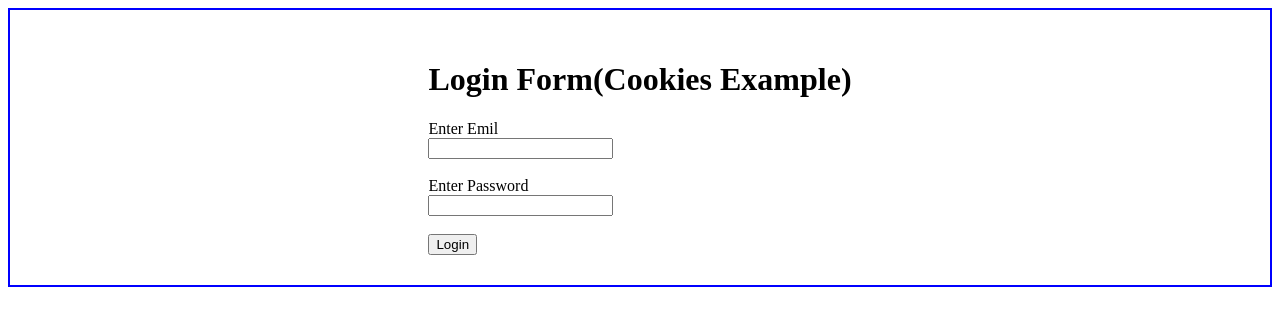
Repository: gaurav-codes123/Advance_Java
Page: 06-Cookies-Login-App/src/main/webapp/index.html
The author's editor kept a copy of each file at every save. The page is drawn from the files as they stood at one save, then again after the next save.
The browser window is 1280 px wide. The pictures show the whole page.

Above is the page before, as saved 2025-01-31 06:54:38.

### 06-Cookies-Login-App/src/main/webapp/index.html
<!DOCTYPE html>
<html>
<head>
<meta charset="ISO-8859-1">
<title>Insert title here</title>
<style type="text/css">
.div-form {
	display: flex;
	align-items: center;
	justify-content: center;
	border: 2px solid blue;
	align-items: center;
	padding: 30px;
}
</style>
</head>
<body>
	<div class="div-form">
		<form action="servlet1" method="post">
			<h1>Login Form(Cookies Example)</h1>
			<label>Enter Emil</label><br>
			<input type="text" name="nm"><br> <br>
			<label>Enter Password</label><br> <input type="text" name="ps"><br>
			<br>
			<button type="submit">Login</button>

		</form>

	</div>
</body>
</html>

After the next save:
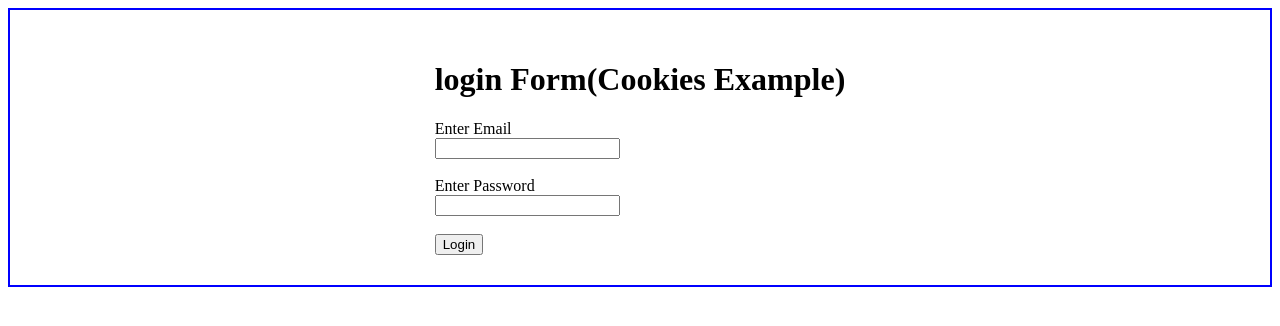
Saved 7 s later.
--- a/06-Cookies-Login-App/src/main/webapp/index.html
+++ b/06-Cookies-Login-App/src/main/webapp/index.html
@@ -17,8 +17,8 @@
 <body>
 	<div class="div-form">
 		<form action="servlet1" method="post">
-			<h1>Login Form(Cookies Example)</h1>
-			<label>Enter Emil</label><br>
+			<h1>login Form(Cookies Example)</h1>
+			<label>Enter Email</label><br>
 			<input type="text" name="nm"><br> <br>
 			<label>Enter Password</label><br> <input type="text" name="ps"><br>
 			<br>

After the save that followed:
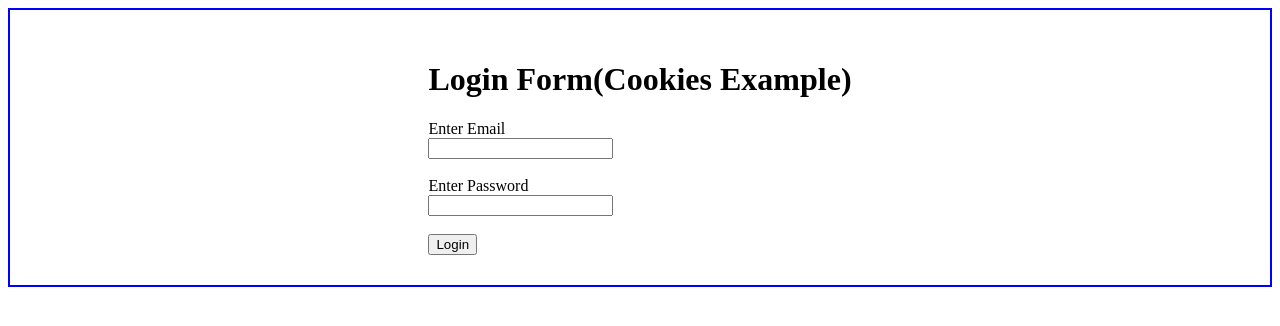
Saved 17 s later.
--- a/06-Cookies-Login-App/src/main/webapp/index.html
+++ b/06-Cookies-Login-App/src/main/webapp/index.html
@@ -17,7 +17,7 @@
 <body>
 	<div class="div-form">
 		<form action="servlet1" method="post">
-			<h1>login Form(Cookies Example)</h1>
+			<h1>Login Form(Cookies Example)</h1>
 			<label>Enter Email</label><br>
 			<input type="text" name="nm"><br> <br>
 			<label>Enter Password</label><br> <input type="text" name="ps"><br>
